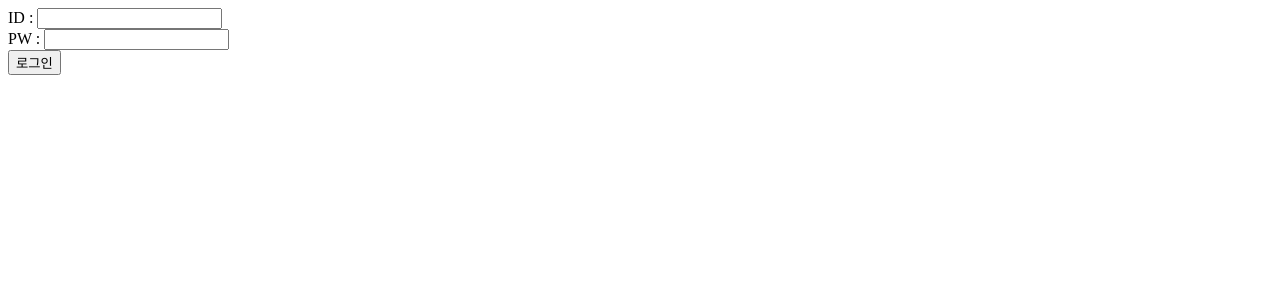
Repository: BartsimisraB/JavaPractice_
Page: http://localhost/Webpractice4/loginOut.jsp
The author's editor kept a copy of each file at every save. The page is drawn from the files as they stood at one save, then again after the next save.
The browser window is 1280 px wide. The pictures show the whole page.
The page is served by Tomcat 9.

Above is the page before, as saved 2023-01-11 04:02:21.

### Webpractice4/src/main/webapp/loginOut.jsp
<%@ page language="java" contentType="text/html; charset=UTF-8"
    pageEncoding="UTF-8"%>
<!DOCTYPE html>
<html>
<head>
<meta charset="UTF-8">
<title>Insert title here</title>
</head>
<body>
<%
	String msg = (String)request.getAttribute("error");
	if(msg == null)
		msg = "";
%>
<%=msg %>
	<form action="example10.jsp" method="post">
		ID : <input type = "text" name = "id"><br>
		PW : <input type = "password" name = "pwd"><br>
		<input type = "submit" value = "로그인">
	</form>
</body>
</html>

After the next save:
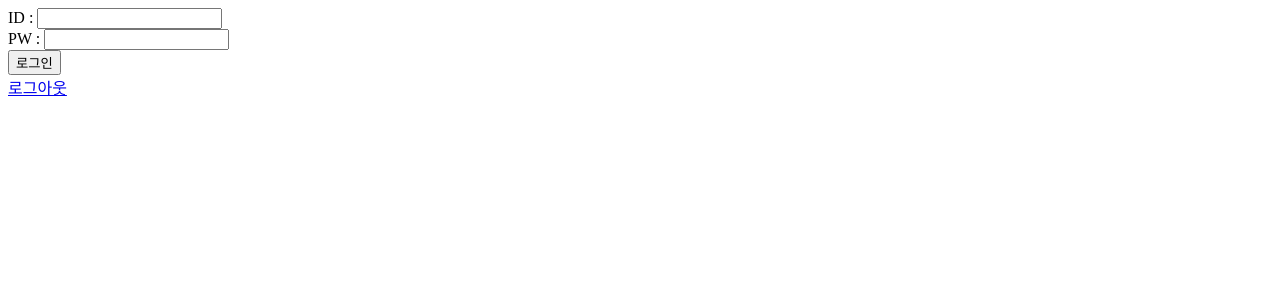
Saved 48 s later.
--- a/Webpractice4/src/main/webapp/loginOut.jsp
+++ b/Webpractice4/src/main/webapp/loginOut.jsp
@@ -18,5 +18,6 @@
 		PW : <input type = "password" name = "pwd"><br>
 		<input type = "submit" value = "로그인">
 	</form>
+	<a href="example10.jsp">로그아웃</a>
 </body>
 </html>
